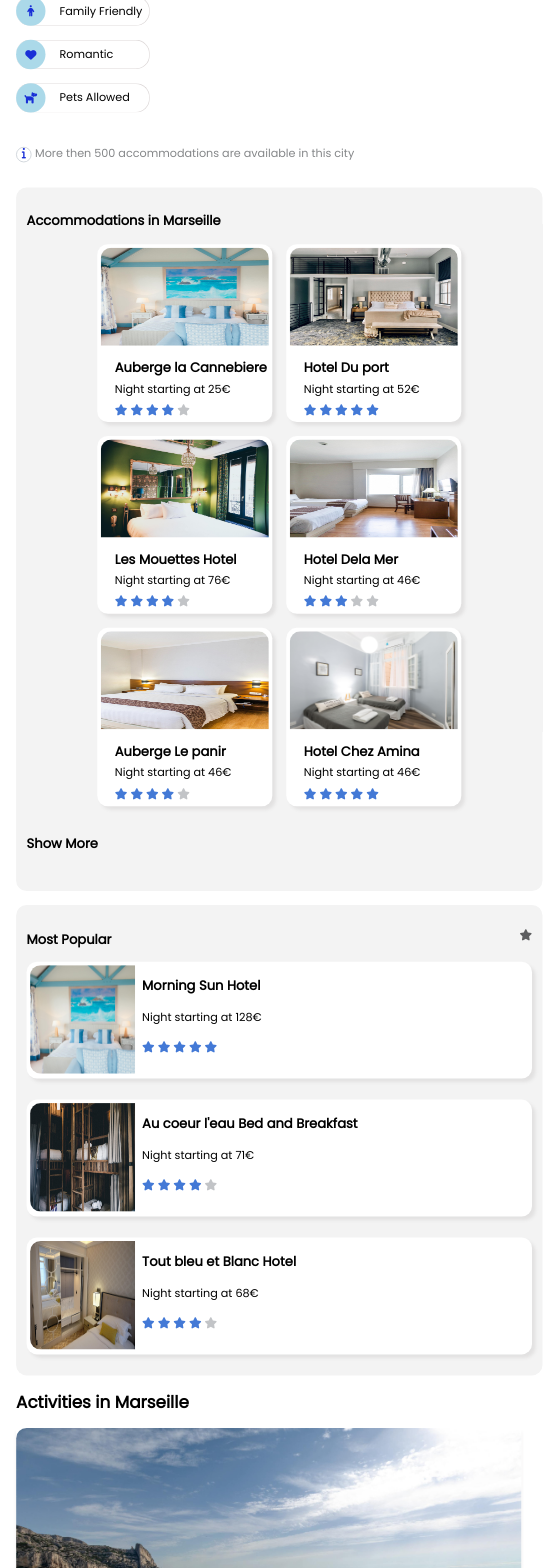
Repository: ailahin/booki
Page: index.html
The author's editor kept a copy of each file at every save. The page is drawn from the files as they stood at one save, then again after the next save.
The browser window is 768 px wide. The page is 775 px wide, so the pictures cover 775 px, including what lies to the right of the window. The pictures show the part of the page from y = 407 to 2647 px (the page is 6201 px tall), at 70% of full size.
Some web fonts or font styles are not loaded; a fallback is used. Some web libraries are served in a nearby version.

Above is the page before, as saved 2023-07-19 03:09:50.

After the next save:
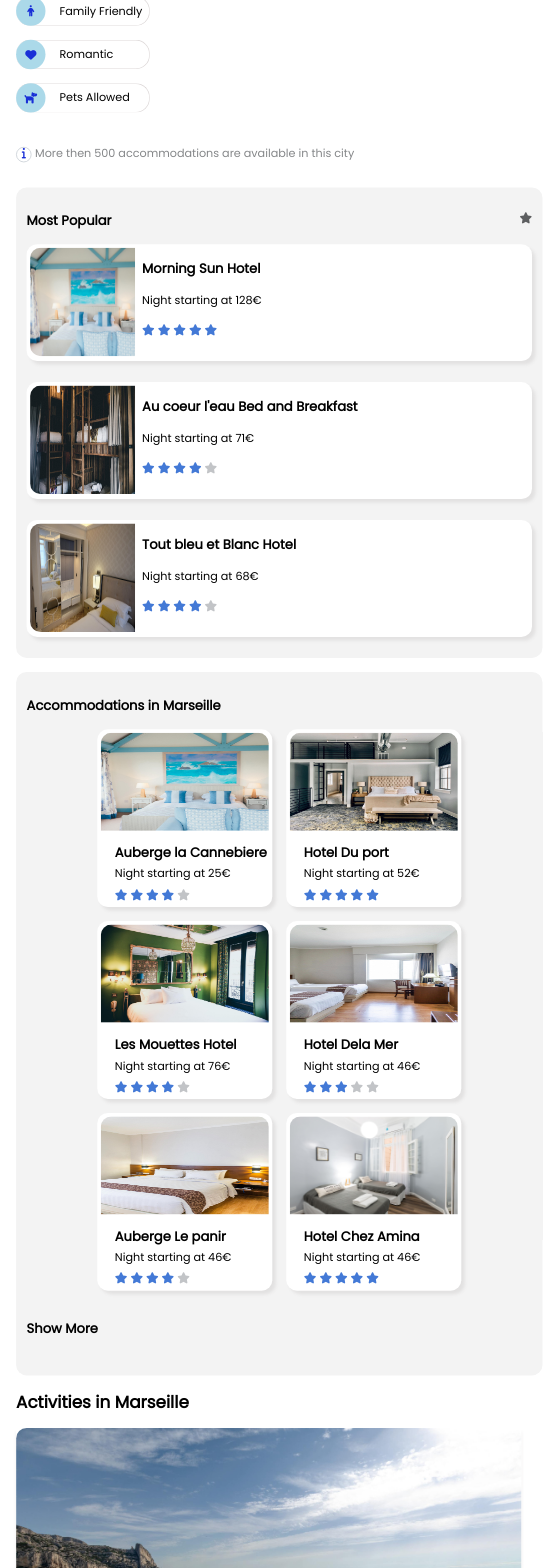
Saved 2 min 16 s later.
--- a/css/index.css
+++ b/css/index.css
@@ -421,12 +421,12 @@
   }
 
   /* Medium devices (landscape tablets, 768px and up) */
-  @media only screen and (max-width: 1000px) and ( min-width: 600px) {
+  /* @media only screen and (max-width: 1000px) and ( min-width: 600px) {
     .accomodations-details{
         display: flex;
         flex-direction:column;
         flex-wrap: wrap;
-    }
+    } */
 
 
 }

After the 2 saves that followed:
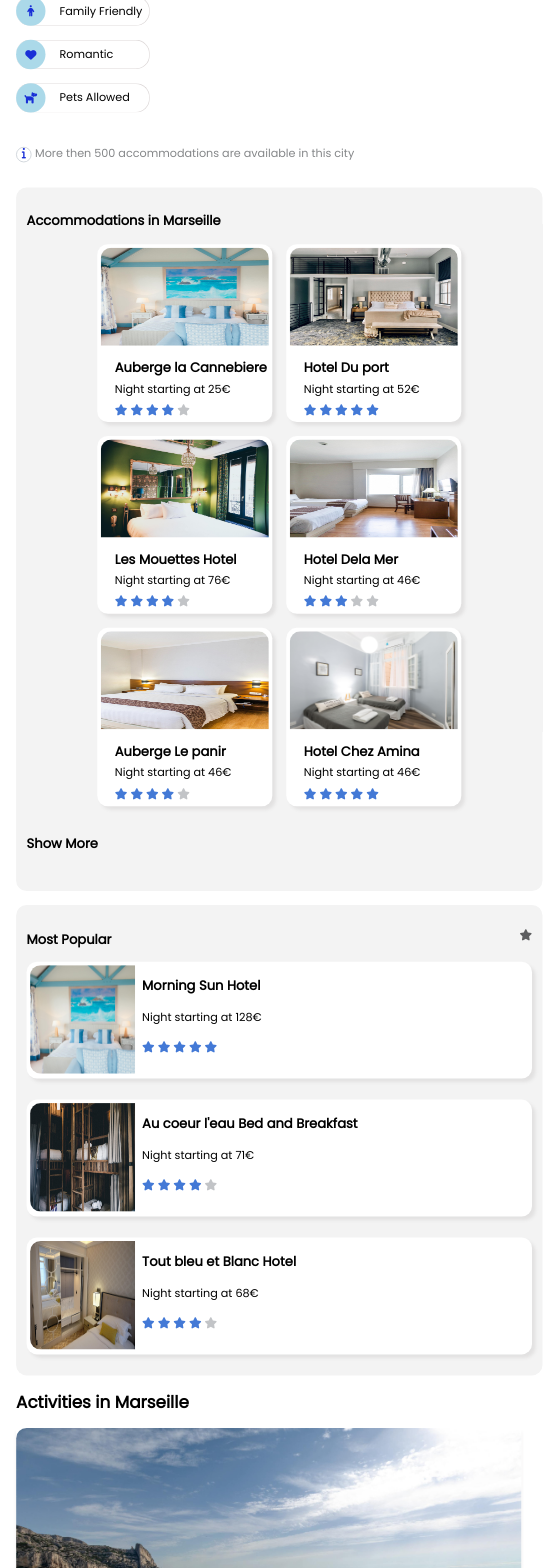
The 2 saves are shown as one change because 1 left the picture as it was.
The last was saved 92 s later.
--- a/css/index.css
+++ b/css/index.css
@@ -421,12 +421,12 @@
   }
 
   /* Medium devices (landscape tablets, 768px and up) */
-  /* @media only screen and (max-width: 1000px) and ( min-width: 600px) {
+  @media only screen and (max-width: 1000px) and ( min-width: 600px) {
     .accomodations-details{
         display: flex;
         flex-direction:column;
         flex-wrap: wrap;
-    } */
+    }
 
 
 }
